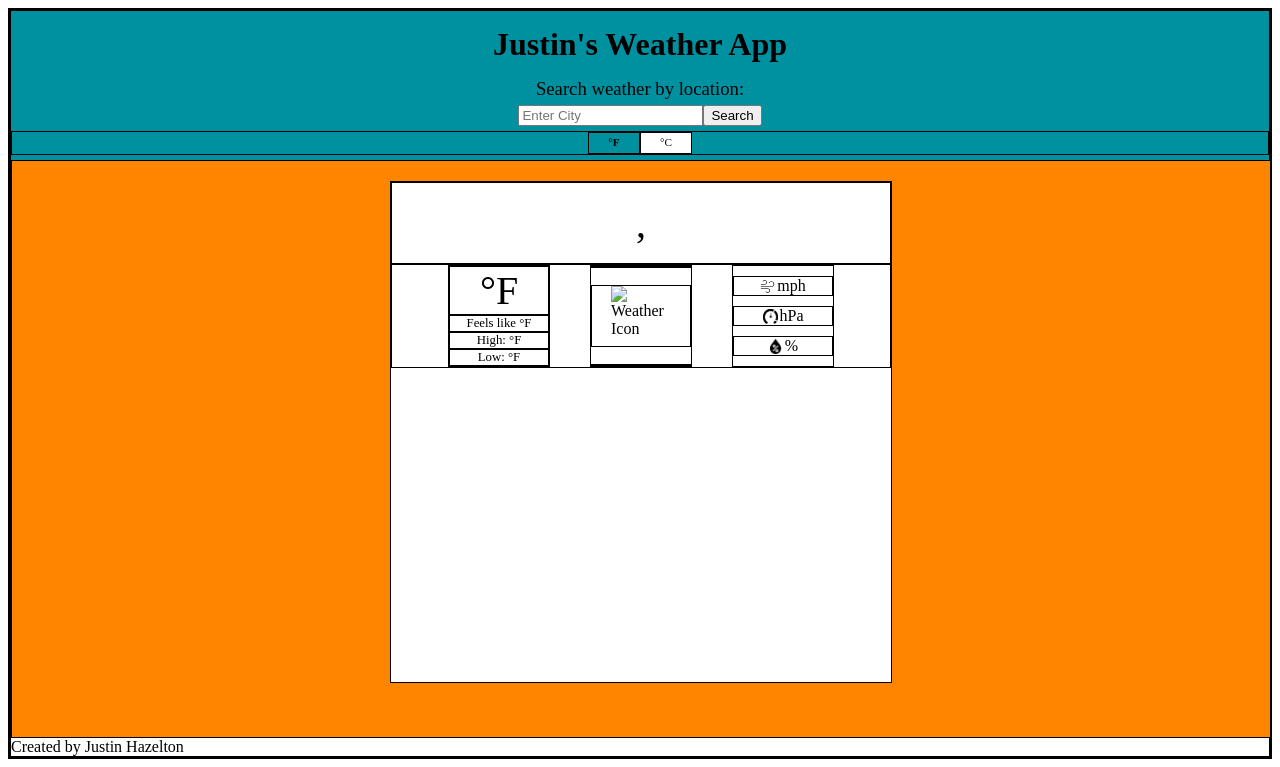
Repository: J-Haze/Weather
Page: /
An editor plug-in stored every save of this project. The page is shown before and after a run of saves, followed by the edit.
The browser window is 1280 px wide. The pictures show the whole page.
The project was rebuilt for these pictures with package versions that can differ from the ones it lists, and the page was loaded fresh each time. Also part of the build but not shown: src/index.css.

Above is the page before, as saved 2020-09-07 09:40:25.

After the next 2 saves:
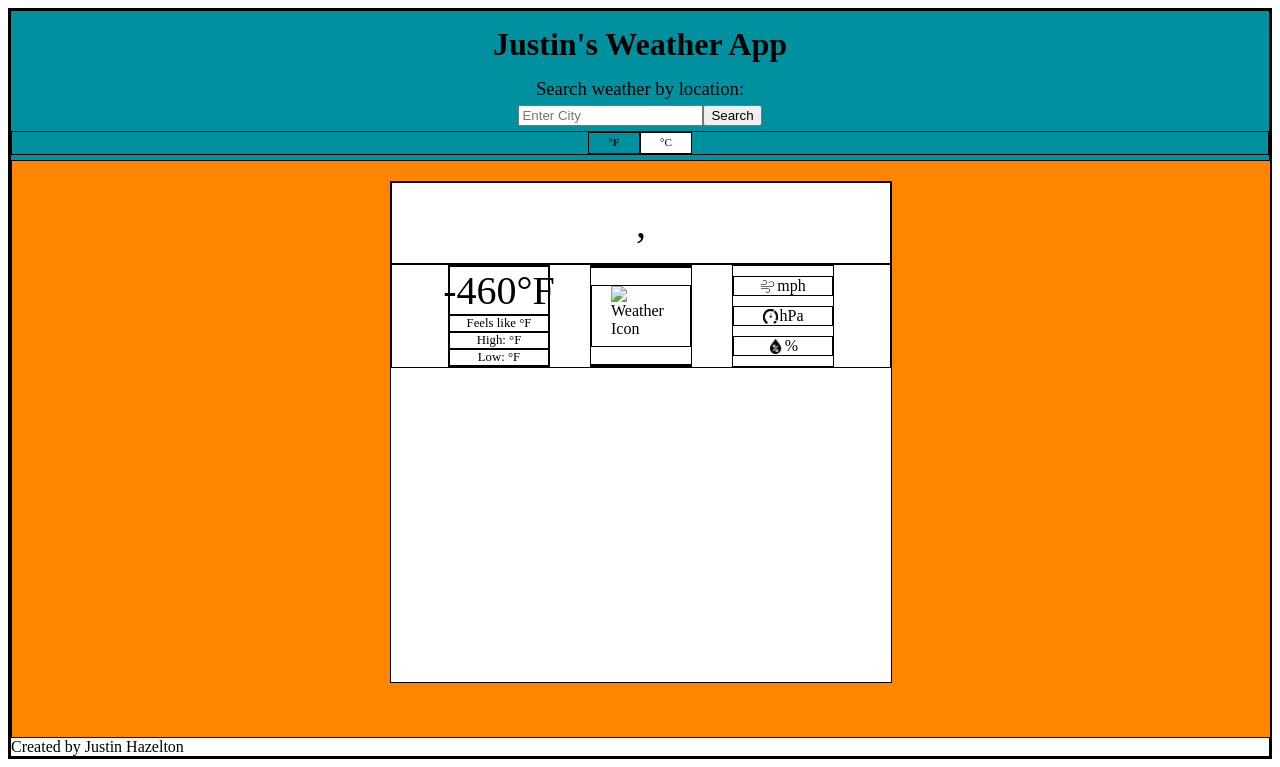
The 2 saves are shown as one change because 1 did not build or start.
The last was saved 10 min 41 s later.
--- a/src/components/Weather.js
+++ b/src/components/Weather.js
@@ -62,7 +62,7 @@ const Weather = () => {
 
     const handleSubmit = (event) => {
         event.preventDefault();
-        urlInput = `https://api.openweathermap.org/data/2.5/weather?q=${location}&units=${unit}&appid=${API_KEY}`
+        urlInput = `https://api.openweathermap.org/data/2.5/weather?q=${location}&units=&appid=${API_KEY}`
         setUrl(urlInput)
     };
 
@@ -72,10 +72,6 @@ const Weather = () => {
             console.log("F clicked")
             setUnit("imperial")
             console.log(unit)
-            urlInput = `https://api.openweathermap.org/data/2.5/weather?q=${location}&units=${unit}&appid=${API_KEY}`
-            console.log("urlInput:", urlInput)
-            setUrl(urlInput)
-            console.log("url4:", url)
         }
 
     }
@@ -86,10 +82,6 @@ const Weather = () => {
             console.log("C clicked")
             setUnit("metric")
             console.log(unit)
-            urlInput = `https://api.openweathermap.org/data/2.5/weather?q=${location}&units=${unit}&appid=${API_KEY}`
-            console.log("urlInput:", urlInput)
-            setUrl(urlInput)
-            console.log("url4:", url)
         }
 
     }
@@ -116,7 +108,7 @@ const Weather = () => {
                 setPressure(data.main.pressure);
                 setHumidity(data.main.humidity);
                 setWind(Math.round(data.wind.speed));
-                setTemp(Math.round(data.main.temp));
+                setTemp(data.main.temp);
                 setMax(Math.round(data.main['temp_max']));
                 setMin(Math.round(data.main['temp_min']));
                 setFeel(Math.round(data.main['feels_like']));
@@ -149,13 +141,13 @@ const Weather = () => {
 
     // console.log(Math.round(295.28))
 
-    // function toCelsius(fahrenheit) {
-    //     return (fahrenheit - 32) * 5 / 9;
-    // }
-
-    // function toFahrenheit(celsius) {
-    //     return (celsius * 9 / 5) + 32;
-    // }
+    function toCelsius(kelvin) {
+        return Math.round((kelvin - 273.15));
+    }
+
+    function toFahrenheit(kelvin) {
+        return Math.round(((kelvin * 9 / 5) - 459.67));
+    }
 
 
     console.log(error, loading, errorMessage, data)
@@ -193,7 +185,7 @@ const Weather = () => {
 
                     <div className="row">
                         <div className="temp-container">
-                            <div className="temp-main">{temp}&#176;{unit === "imperial" ? 'F' : 'C'}</div>
+                            <div className="temp-main">{unit === "imperial" ? toFahrenheit(temp) : toCelsius(temp)}&#176;{unit === "imperial" ? 'F' : 'C'}</div>
                             <div className="feel temp">Feels like {feel}&#176;{unit === "imperial" ? 'F' : 'C'}</div>
                             <div className="max temp">High: {max}&#176;{unit === "imperial" ? 'F' : 'C'}</div>
                             <div className="min temp">Low: {min}&#176;{unit === "imperial" ? 'F' : 'C'}</div>
